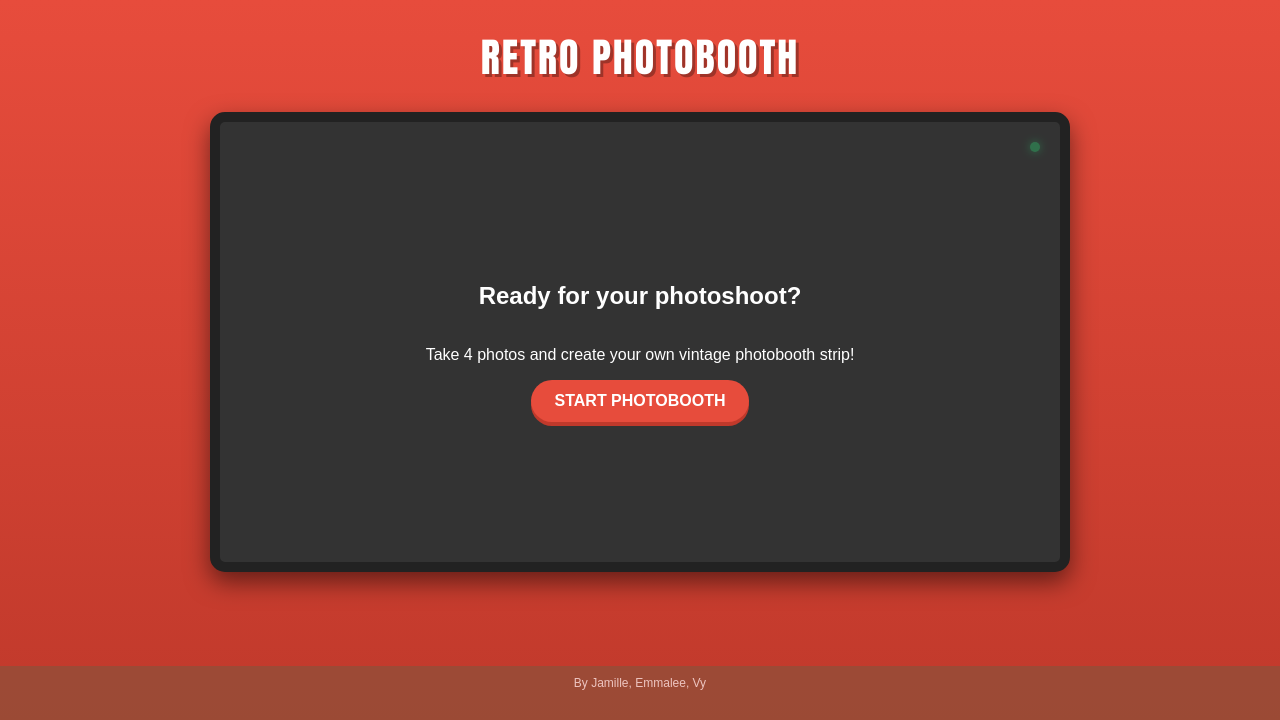
Repository: Strawb3rryjam/QuickSnip
Page: photobooth.html
These files come from the project's save history. The page is drawn as it stood at one moment and after the next save; the edit follows.
The browser window is 1280 px wide. The pictures show the whole page.

Above is the page before, as saved 2025-05-08 15:37:43.

After the next save:
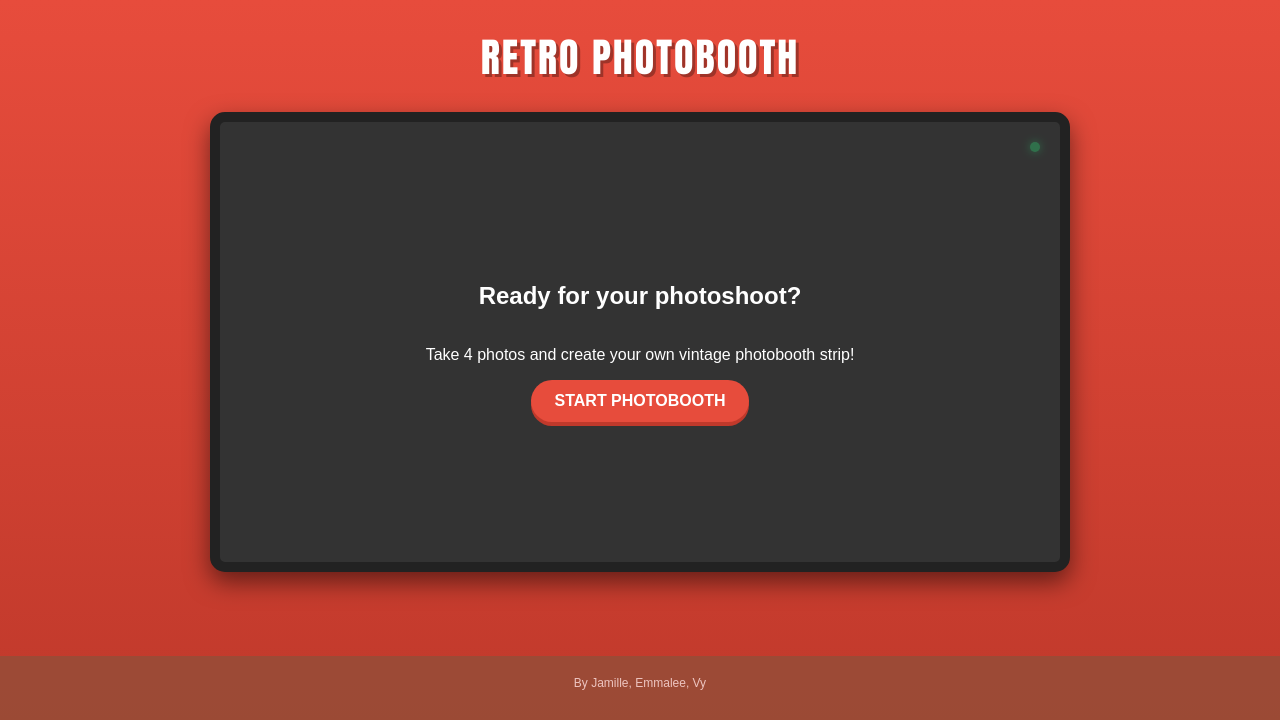
Saved 16 s later.
--- a/styles.css
+++ b/styles.css
@@ -299,6 +299,6 @@ button:disabled {
   opacity: 0.7;
   text-align: center; /* Center the text */
   background-color: #8C523B; /* Optional: Add background color to make it stand out */
-  padding-top: 10px; /* Optional: Adjust padding for spacing */
+  padding-top: 20px; /* Optional: Adjust padding for spacing */
   padding-bottom: 30px;
 }
